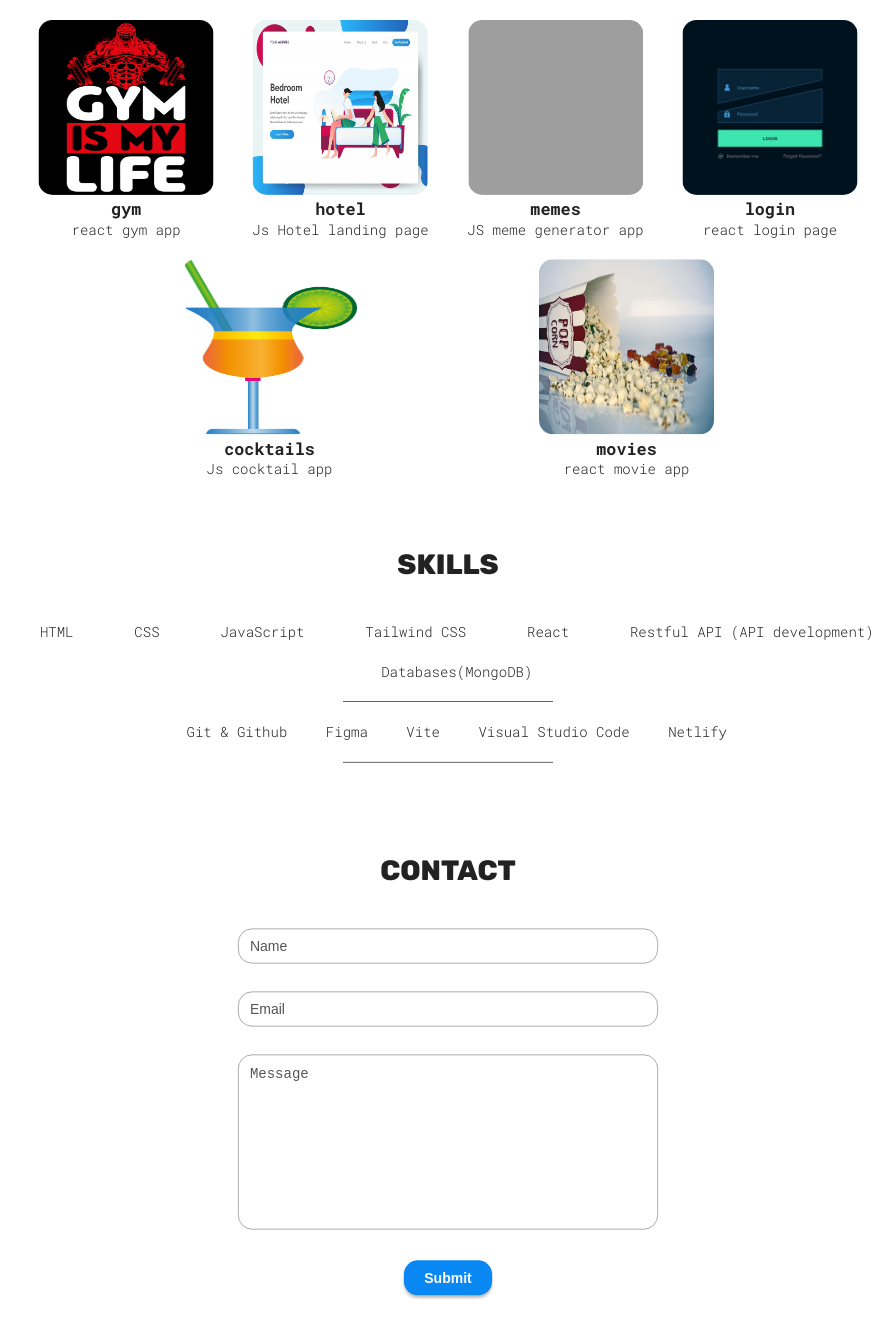
Repository: gogg23/dev-githii-1
Page: /
An editor plug-in stored every save of this project. The page is shown before and after the next save, followed by the edit.
The browser window is 1280 px wide. The pictures show the part of the page from y = 899 to 2819 px (the page is 2951 px tall), at 70% of full size.
Pictures or frames that could not be fetched are drawn as grey boxes. The project was rebuilt for these pictures with package versions that can differ from the ones it lists, and the page was loaded fresh each time. Also part of the build but not shown: vite.config.js, src/index.css. Imported but missing from the stored project, and not drawn on this page: src/assets/Resume.pdf.

Above is the page before, as saved 2025-03-05 11:12:13.

### index.html
<!DOCTYPE html>
<html lang="en">
  <head>
    <meta charset="UTF-8" />
    <link rel="icon" type="image/svg+xml" href="/public/favicon.ico" />
    <meta name="viewport" content="width=device-width, initial-scale=1.0" />
    <link rel="preconnect" href="https://fonts.googleapis.com" />
    <link rel="preconnect" href="https://fonts.gstatic.com" crossorigin />
    <link
      href="https://fonts.googleapis.com/css2?family=Roboto+Mono:wght@100..700&family=Rubik:wght@800&display=swap"
      rel="stylesheet"
    />
    <title>Dev Githii</title>
  </head>
  <body>
    <div id="root"></div>
    <script type="module" src="/src/main.jsx"></script>
  </body>
</html>

### src/main.jsx
import { StrictMode } from 'react'
import { createRoot } from 'react-dom/client'
import App from './App.jsx'
import './index.css'
import { ThemeProvider } from './common/ThemeContext.jsx'

createRoot(document.getElementById('root')).render(
  <StrictMode>
  <ThemeProvider>
  <App />
  </ThemeProvider>
  </StrictMode>,
)

### src/App.jsx
import './App.css';
import Hero from './sections/Hero/Hero';
import Projects from './sections/Projects/Projects';
import Skills from './sections/Skills/Skills';
import Contact from './sections/Contact/Contact';
import Footer from './sections/Footer/Footer';

function App() {
  return (
  <>
    <Hero/>
    <Projects/>
    <Skills/>
    <Contact/>
    <Footer/>
  </>
  );
}

export default App;

### src/common/ThemeContext.jsx
import React, { createContext, useContext, useEffect, useState } from 'react';

const ThemeContext = createContext();

export const useTheme = () => useContext(ThemeContext);

export const ThemeProvider = ({ children }) => {
  const [theme, setTheme] = useState(
    () => localStorage.getItem('theme') || 'light'
  );

  useEffect(() => {
    document.body.setAttribute('data-theme', theme);
    localStorage.setItem('theme', theme);
  }, [theme]);

  const toggleTheme = () => {
    console.log ('theme switched');
    setTheme((prevTheme) => (prevTheme === 'light' ? 'dark' : 'light'));
  };

  return (
    <ThemeContext.Provider value={{ theme, toggleTheme }}>
      {children}
    </ThemeContext.Provider>
  );
};

### src/sections/Hero/Hero.jsx
import styles from './HeroStyles.module.css';
import heroz from '../../assets/heroz.webp';
import sun from '../../assets/sun.svg';
import moon from '../../assets/moon.svg';
import twitterLight from '../../assets/twitter-light.svg';
import twitterDark from '../../assets/twitter-dark.svg';
import githubLight from '../../assets/github-light.svg';
import githubDark from '../../assets/github-dark.svg';
import linkedinLight from '../../assets/linkedin-light.svg';
import linkedinDark from '../../assets/linkedin-dark.svg';
import Resume from '../../assets/Resume.pdf';
import { useTheme } from '../../common/ThemeContext';
function Hero() {
  const { theme, toggleTheme } = useTheme();

  const themeIcon = theme === 'light' ? sun : moon;
  const twitterIcon = theme === 'light' ? twitterLight : twitterDark;
  const githubIcon = theme === 'light' ? githubLight : githubDark;
  const linkedinIcon = theme === 'light' ? linkedinLight : linkedinDark;

  return (
    <section id='hero' className={styles.container}>
      <div className={styles.colorModeContainer}>
        <img
          className={styles.hero}
          src={heroz}
          alt='profile picture of Godffrey Githii'
        />
        <img
          className={styles.colorMode}
          src={themeIcon}
          alt='color mode icon'
          onClick={toggleTheme}
        />
      </div>
      <div className={styles.info}>
        <h1>
          Godffrey <br /> Githii
        </h1>
        <h2>Frontend Developer</h2>
        <span>
          <a href='https://x.com/devgithii' target='_blank'>
            <img src={twitterIcon} alt='Twitter icon' />
          </a>
          <a href='https://github.com/dashboard' target='_blank'>
            <img src={githubIcon} alt='Github icon' />
          </a>
          <a href='https://linkedin.com/' target='_blank'>
            <img src={linkedinIcon} alt='LinkedIn icon' />
          </a>
        </span>
        <p>
          With a background in tech writing, I bring creativity to frontend web
          development,crafting responsive, user-friendly websites & apps using
          HTML, CSS, JavaScript, Tailwind, and React.
        </p>
        <a href={Resume} download>
          <button className='hover'>Resume</button>
        </a>
      </div>
    </section>
  );
}

export default Hero;

### src/sections/Projects/Projects.jsx
import styles from './ProjectsStyles.module.css';
import movpic from '../../assets/movpic.jpg';
import gym1 from '../../assets/gym1.png';
import hotel from '../../assets/hotel.jpg';
import eggplant from '../../assets/eggplant-1.png';
import login from '../../assets/dark-login.jpg';
import cocktail1 from '../../assets/cocktail1.png';
import ProjectCard from '../../common/ProjectCard';

function Projects() {
  return (
    <section id='projects' className={styles.container}>
      <h1 className='sectionTitle'>Projects</h1>
      <div className={styles.projectsContainer}>
        <ProjectCard
          src={gym1}
          link='https://react-gym-web-site.netlify.app/'
          h3='gym '
          p='react gym app'
        />
        <ProjectCard
          src={hotel}
          link='https://ho-tel-landing-page.netlify.app/'
          h3='hotel '
          p='Js Hotel landing page'
        />
        <ProjectCard
          src={eggplant}
          link='https://meme-gene-rator-app.netlify.app/'
          h3='memes'
          p='JS meme generator app'
        />
        <ProjectCard
          src={login}
          link='https://react-login-register1.netlify.app/'
          h3='login'
          p='react login page'
        />
        <ProjectCard
          src={cocktail1}
          link='https://cocktailappz.netlify.app/'
          h3='cocktails'
          p='Js cocktail app'
        />
        <ProjectCard
          src={movpic}
          link='https://react-movie-appz.netlify.app/'
          h3='movies'
          p='react movie app'
        />
      </div>
    </section>
  );
}

export default Projects;

### src/sections/Skills/Skills.jsx
import styles from './SkillsStyles.module.css';
import checkMarkIcon from '../../assets/checkmark-dark.svg';
import SkillList from '../../common/SkillList';

function Skills() {
  return (
    <section id='skills' className={styles.container}>
      <h1 className='sectionTitle'>Skills</h1>
      <div className={styles.skillList}>
        <SkillList src={checkMarkIcon} skill='HTML' />
        <SkillList src={checkMarkIcon} skill='CSS' />
        <SkillList src={checkMarkIcon} skill='JavaScript' />
        <SkillList src={checkMarkIcon} skill='Tailwind CSS' />
        <SkillList src={checkMarkIcon} skill='React' />
        <SkillList src={checkMarkIcon} skill='Restful API (API development)' />
        <SkillList src={checkMarkIcon} skill='Databases(MongoDB)' />
      </div>
      <hr />
      <div className={styles.skillList}>
        <SkillList src={checkMarkIcon} skill='Git & Github' />
        <SkillList src={checkMarkIcon} skill='Figma' />
        <SkillList src={checkMarkIcon} skill='Vite' />
        <SkillList src={checkMarkIcon} skill='Visual Studio Code' />
        <SkillList src={checkMarkIcon} skill='Netlify' />
      </div>
      <hr />
    </section>
  );
}

export default Skills;

### src/sections/Contact/Contact.jsx
import styles from './ContactStyles.module.css';

function Contact() {
  return (
    <section id="contact" className={styles.container}>
      <h1 className="sectionTitle">Contact</h1>
      <form action="">
        <div className="formGroup">
          <label htmlFor="name" hidden>
            Name
          </label>
          <input
            type="text"
            name="name"
            id="name"
            placeholder="Name"
            required
          />
        </div>
        <div className="formGroup">
          <label htmlFor="email" hidden>
            Email
          </label>
          <input
            type="text"
            name="email"
            id="email"
            placeholder="Email"
            required
          />
        </div>
        <div className="formGroup">
          <label htmlFor="message" hidden>
            Message
          </label>
          <textarea
            name="message"
            id="message"
            placeholder="Message"
            required></textarea>
        </div>
        <input className="hover btn" type="submit" value="Submit" />
      </form>
    </section>
  );
}

export default Contact;

### src/sections/Footer/Footer.jsx
import styles from './FooterStyles.module.css';

function Footer() {
  return (
    <section id='footer' className={styles.container}>
      <p>
        &copy; 2025 Godffrey Githii
        <br />
        All Rights Reserved.
      </p>
    </section>
  );
}

export default Footer;

### src/sections/Hero/HeroStyles.module.css
.container {
  display: flex;
  flex-direction: column;
  justify-content: center;
  gap: 20px;
  text-align: center;
  height: 100dvh;
  min-height: 500px;

  .hero {
    max-width: 200px;
  }

  span {
    display: flex;
    gap: 25px;
    justify-content: center;

    a {
      margin: 0;

      img {
        width: 30px;
      }
    }
  }

  a {
    width: fit-content;
    align-self: center;
  }

  button {
    background-color: var(--btn-color);
    color: var(--btn-text-color);
    border: none;
    border-radius: 20px;
    width: 126px;
    height: 50px;
    font-size: 20px;
    font-weight: bold;
    box-shadow: 0 4px 4px rgba(0, 0, 0, 0.25);
    transition: box-shadow 200ms ease-in-out, transform 200ms ease-in-out;
  }

  button:hover {
    transform: scale(1.05);
  }

  button:active {
    transform: translateY(2px);
    box-shadow: 0 2px 2px rgba(0, 0, 0, 0.25);
  }
}

.colorModeContainer {
  position: relative;
}

.colorMode {
  position: absolute;
  right: 0;
  width: 25px;
}

.colorMode:hover {
  cursor: pointer;
}

.description {
  max-width: 24ch;
}

.info {
  display: flex;
  flex-direction: column;
  gap: 20px;
}

@media (width >= 800px) {
  .container {
    flex-direction: row-reverse;
    align-items: center;
    justify-content: space-evenly;

    .hero {
      max-width: 350px;
      width: 350px;
      border-radius: 50%;
    }
  }
}

@media (width >= 1400px) {
  .container {
    .hero {
      max-width: 400px;
      width: 400px;
    }
  }
}

### src/sections/Projects/ProjectsStyles.module.css
.container {
    display: flex;
    flex-direction: column;
    text-align: center;

    img {
      width: 250px;
      height: 250px;
      align-self: center;
      background-color: var(--project-card-bg);
      border-radius: 20px;
    }

    a {
      width: fit-content;
      text-decoration: none;
      color: #222;
      transition: transform 200ms ease-in-out;
    }

    a:hover {
      transform: scale(1.05);
    }
  }

  .projectsContainer {
    display: flex;
    flex-direction: column;
    align-items: center;
    gap: 30px;
  }

  @media (width >= 800px) {
    .projectsContainer {
      flex-direction: row;
      flex-wrap: wrap;
      justify-content: space-evenly;
      padding: 0 30px;
    }
  }

### src/common/ProjectCard.jsx
import React from 'react';

function ProjectCard({src, link, h3, p}) {
  return (
      <a href= {link}
      target='_blank'>
      <img className='hover' src={src} alt={`${h3} logo`}/>
      <h3>{h3}</h3>
      <p>{p}</p>
      </a>
  );
}

export default ProjectCard;

### src/sections/Skills/SkillsStyles.module.css
.container {
    display: flex;
    flex-direction: column;
    text-align: center;

    span {
      display: flex;
      align-items: center;
      gap: 5px;
    }

    img {
      width: 20px;
    }
  }

  .skillList {
    display: flex;
    justify-content: space-evenly;
    align-self: center;
    flex-wrap: wrap;
    row-gap: 40px;
    max-width: 26ch;
  }

hr {
  width: 100px;
  height: 1px;
  border: none;
  background-color: var(--text-color);
  margin: 30px auto;
}

@media (width >= 800px) {
  .skillList {
    max-width: fit-content;
    gap: 30px;

    p {
      font-size: 20px;
    }
  }
}

hr {
  width: 300px;
}

### src/common/SkillList.jsx
function SkillList({ src, skill }) {
    return (
      <span>
        <img src={src} alt="Checkmark icon" />
        <p>{skill}</p>
      </span>
    );
  }

  export default SkillList;

### src/sections/Contact/ContactStyles.module.css
.container {
  display: flex;
  flex-direction: column;
  text-align: center;
}

form {
  display: flex;
  flex-direction: column;
  gap: 30px;
}

textarea,
input:not([type='submit']) {
  height: 50px;
  padding-left: 16px;
  width: 250px;
}

textarea {
  padding-top: 16px;
  resize: none;
  height: 250px;
}

input,
textarea {
  border-radius: 20px;
  border: #888 1px solid;
  box-sizing: border-box;
  justify-self: center;
  background-color: var(--background-color);
  color: var(--form-text-color);
}

::placeholder {
  color: var(--form-text-color);
}

input[type='submit'] {
  background-color: var(--btn-color);
  color: var(--btn-text-color);
  border: none;
  border-radius: 20px;
  width: 126px;
  height: 50px;
  font-size: 20px;
  font-weight: bold;
  box-shadow: 0 4px 4px rgba(0, 0, 0, 0.25);
  transition: box-shadow 200ms ease-in-out, transform 200ms ease-in-out;
  margin: auto;
}

input[type='submit']:hover {
  transform: scale(1.05);
}

input[type='submit']:active {
  transform: translateY(2px);
  box-shadow: 0 2px 2px rgba(0, 0, 0, 0.25);
}

@media (width >= 800px) {
  textarea,
  input:not([type='submit']) {
    width: 600px;
    font-size: 20px;
  }
  form {
    gap: 40px;
  }
}

@media (width >= 1400px) {
  textarea,
  input:not([type='submit']) {
    width: 800px;
  }
}

Loaded but not shown: src/App.css (common file); src/sections/Footer/FooterStyles.module.css (common file)

After the next save:
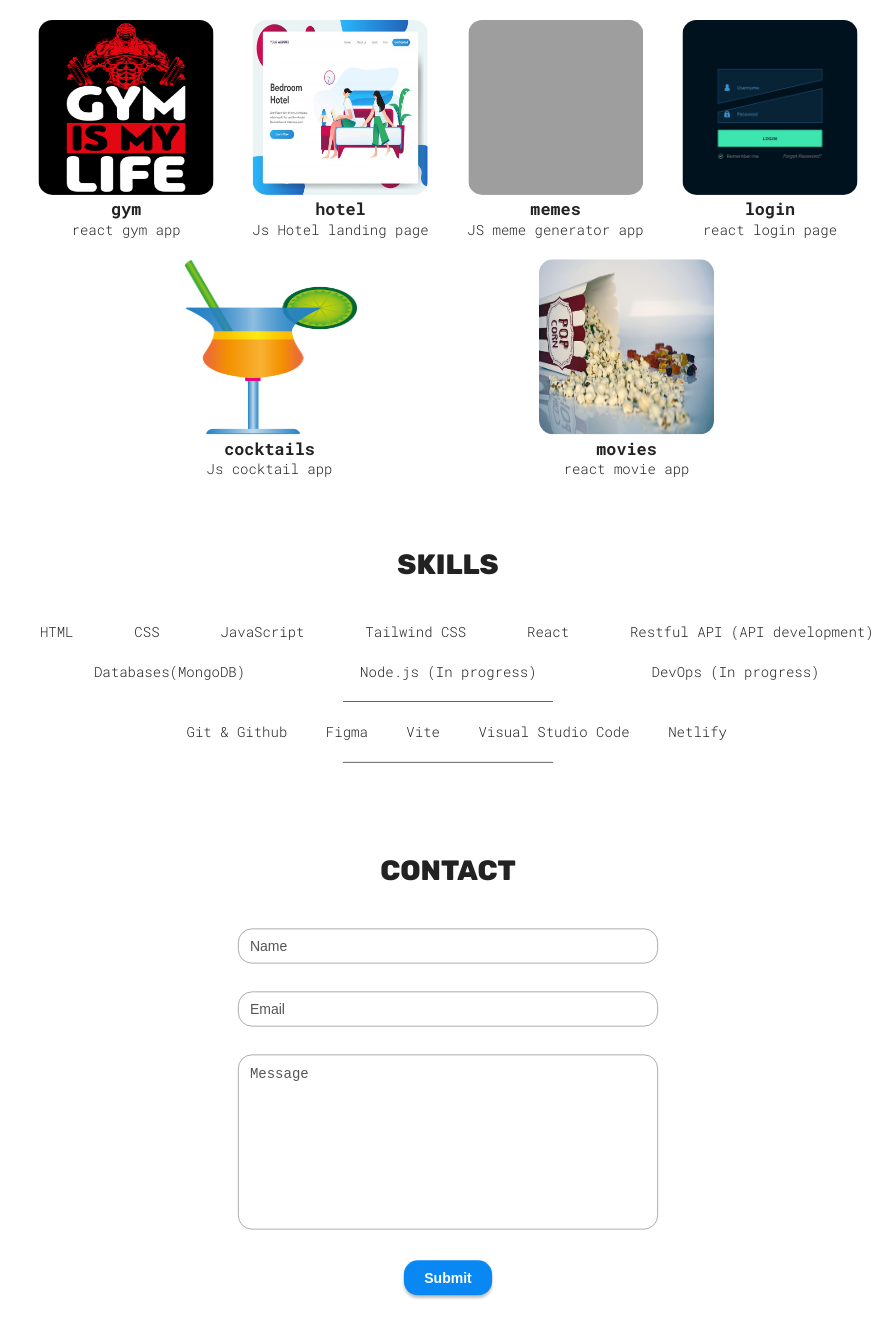
Saved 35 days later.
--- a/src/sections/Skills/Skills.jsx
+++ b/src/sections/Skills/Skills.jsx
@@ -14,6 +14,8 @@ function Skills() {
         <SkillList src={checkMarkIcon} skill='React' />
         <SkillList src={checkMarkIcon} skill='Restful API (API development)' />
         <SkillList src={checkMarkIcon} skill='Databases(MongoDB)' />
+        <SkillList src={checkMarkIcon} skill='Node.js (In progress)' />
+        <SkillList src={checkMarkIcon} skill='DevOps (In progress)' />
       </div>
       <hr />
       <div className={styles.skillList}>
